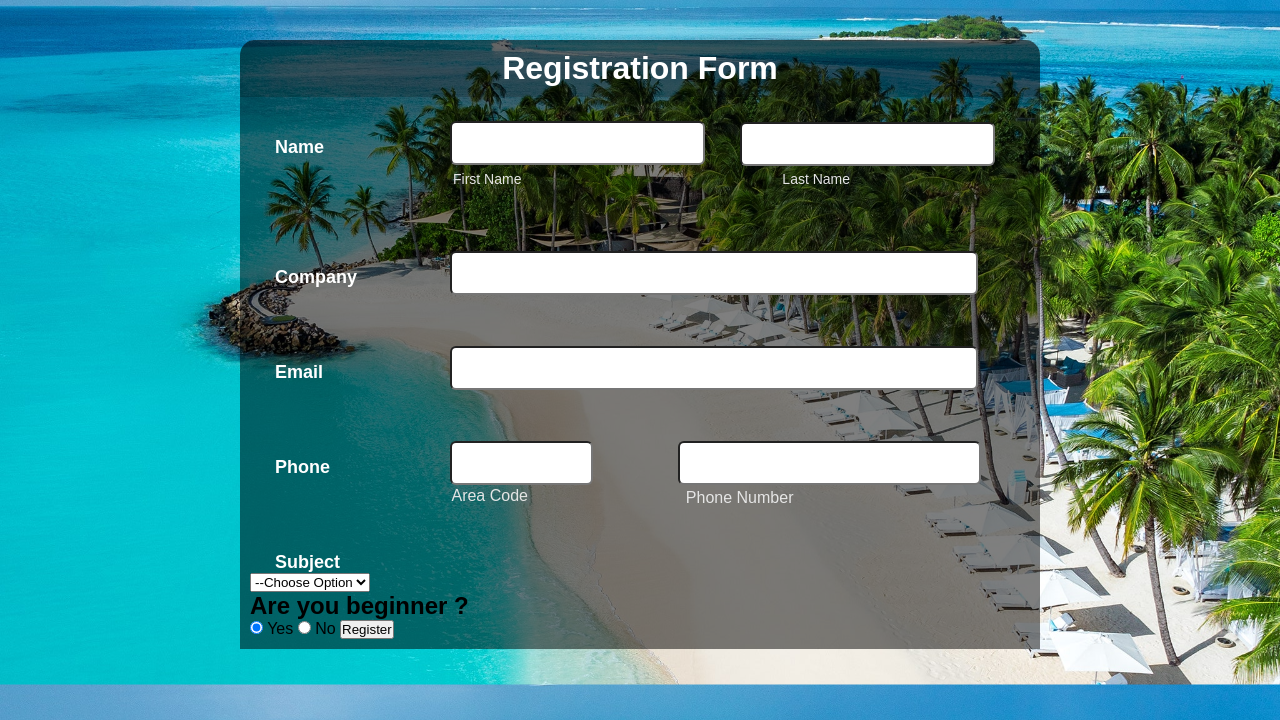
Repository: sudeepa88/Registration-Form
Page: registration.html
The author's editor kept a copy of each file at every save. The page is drawn from the files as they stood at one save, then again after the next save.
The browser window is 1280 px wide. The pictures show the whole page.

Above is the page before, as saved 2022-01-11 23:41:24.

### registration.html
<!DOCTYPE html>
<html lang="en">
<head>
    <meta charset="UTF-8">
    <meta http-equiv="X-UA-Compatible" content="IE=edge">
    <meta name="viewport" content="width=device-width, initial-scale=1.0">
    <title>Document</title>
    <style type="text/css">
        *{
            margin:0;
            padding:0;
        }
       body{
           background-image: url(img/beach.jpeg);
           background-position: center;
           background-size: cover;
           font-family: sans-serif;
           margin-top: 40px;
       }
       .regform{
           width: 800px;
           background-color: rgb(0,0,0,0.6);
           margin:auto;
           color: #FFFFFF;
           padding: 10px 0px 10px 0px;
           text-align:  center;
           border-radius: 15px 15px 0px 0px;

       }
    .main{
        background-color: rgb(0,0,0,0.5);
        width:800px;
        margin: auto;

    }
    form{
        padding:10px;

    }
   #name{
       width: 100%;
       height: 100px;
   }
   .name{
       margin-left: 25px;
       margin-top: 30px;
       width: 125px;
       color: #FFFFFF;
       font-size: 18px;
       font-weight: 700;
   }
   .firstname{
       position: relative;
       left:200px;
       top:-37px;
       line-height: 40px;
       border-radius: 6px;
       padding: 0 22px;
       font-size: 16px;
   }
   .lastname{
       position:relative;
       left:417px;
       top:-80px;
       line-height: 40px;
       border-radius: 6px;
       padding:0 22px;
       font-size:16px;
       color:#555;
   }
   .firstlabel{
       position: relative;
       color: #E5E5E5;
       text-transform: capitalize;
       font-size: 14px;
       left:203px;
       top: -45px;
   }
   .lastlabel{
    position: relative;
       color: #E5E5E5;
       text-transform: capitalize;
       font-size: 14px;
       left:200px;
       top: -45px;
   }
   .company{
       position: relative;
       left: 200px;
       top:-37px;
       line-height: 40px;
       width: 480px;
       border-radius: 6px;
       padding: 0 22px;
       font-size: 16px;
       color:#555;
   }
   .email{
    position: relative;
       left: 200px;
       top:-37px;
       line-height: 40px;
       width: 480px;
       border-radius: 6px;
       padding: 0 22px;
       font-size: 16px;
       color:#555;

   }
   .code{
    position: relative;
       left: 200px;
       top:-37px;
       line-height: 40px;
       width: 95px;
       border-radius: 6px;
       padding: 0 22px;
       font-size: 16px;
       color:#555;

   }
   .number{
    position: relative;
       left: 200px;
       top:-37px;
       line-height: 40px;
       width: 255px;
       border-radius: 6px;
       padding: 0 22px;
       font-size: 16px;
       color:#555;
   }
   .area-code{
       position: relative;
       color: #E5E5E5;
       text-transform: capitalize;
       font-size: 16px;
       left:54px;
       top:-4px;
   }
   .phone-number{
    position: relative;
       color: #E5E5E5;
       text-transform: capitalize;
       font-size: 16px;
       left:-100px;
       top:-2px;
   }
    </style>
</head>
<body>
    <div class="regform"><h1>Registration Form </h1></div>

    <div class="main">
        <form>
             <div id="name">
                 <h2 class="name">Name</h2>
                 <input class ="firstname" type="rext" name="first_name"><br>
                 <label class="firstlabel">first name</label>
                 <input class="lastname" type="text" name="last_name">
                 <label class="lastlabel">last name</label>


             </div>
             <h2 class="name">Company</h2>
             <input class="company" type="text" name="company">

             <h2 class="name">Email</h2>
             <input class="email" type="text" name="email">

             <h2 class="name">Phone</h2>
             <input class="code" type="text" name="area_code">
             <label class="area-code">Area Code </label>
             <input class="number" type="text" name="phone">
             <label class="phone-number">Phone Number</label>

             <h2 class="name">Subject</h2>
             <select class="option" name="subject">
                 <option disabled="disabled" selected="selected">--Choose Option</option>

                 <option>Subject 1</option>
                 <option>Subject 2</option>
                 <option>Subject 3</option>
                 <option>Subject 4</option>
             </select>
             <h2 id="student">Are you beginner ? </h2>
             <label class="radio">
                 <input class="radio-one" type="radio" checked="checked" name="">
                 <span class="checkmark"></span>
                 Yes
             </label>


             <label class="radio">
                <input class="radio-two" type="radio"  name="">
                <span class="checkmark"></span>
                No
            </label>

            <button type="submit">Register</button>
        </form>
    </div>
</body>
</html>

After the next save:
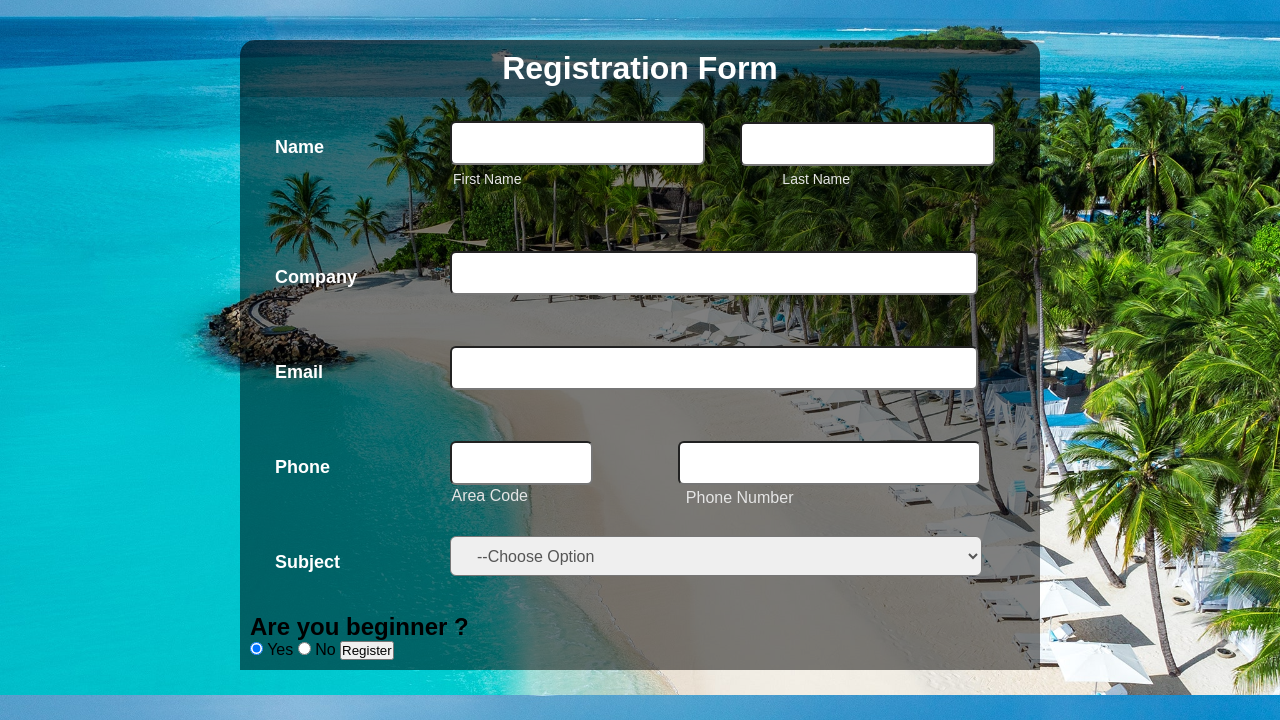
Saved 3 min 6 s later.
--- a/registration.html
+++ b/registration.html
@@ -146,6 +146,20 @@
        left:-100px;
        top:-2px;
    }
+   .option{
+    position: relative;
+       left: 200px;
+       top:-37px;
+       line-height: 40px;
+       width: 532px;
+       height: 40px;
+       border-radius: 6px;
+       padding: 0 22px;
+       font-size: 16px;
+       color:#555;
+       outline: none;
+       overflow: hidden;
+   }
     </style>
 </head>
 <body>
